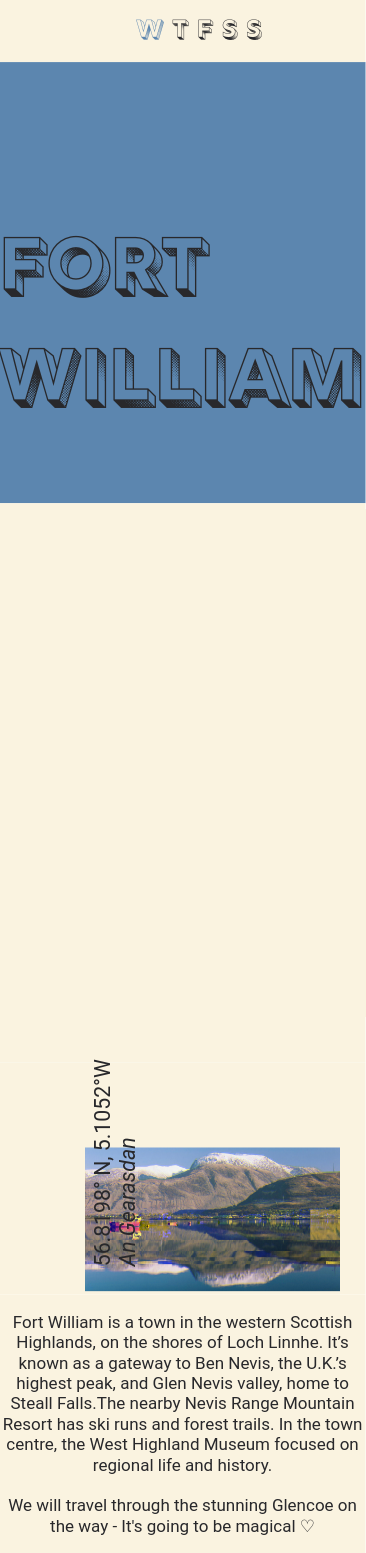
Repository: etak-yram/FINAL-CFG-WEB-DEV
Page: wednesday.html
The author's editor kept a copy of each file at every save. The page is drawn from the files as they stood at one save, then again after the next save.
The browser window is 375 px wide. The page is 430 px wide, so the pictures cover 430 px, including what lies to the right of the window. The pictures show the whole page, at 85% of full size.

Above is the page before, as saved 2022-07-27 12:36:13.

### wednesday.html
<!DOCTYPE html>
<html lang="en">

<style>
    #menu-item-wed {
    color: #5c86af;
}

    #aside-color-w {
    background-color: #5c86af;
}

    #aside-text-wed {
        font-size: 6em;
    }

    #aside-text-wed {
        font-size: 6em;
    }
</style>

<head>
    <meta charset="UTF-8">
    <meta http-equiv="X-UA-Compatible" content="IE=edge">
    <meta name="viewport" content="width=device-width, initial-scale=1.0">
    <link rel="stylesheet" type="text/css" href="style-main.css"/>

    <title>WED</title>
</head>
<body>
        <aside id="aside-color-w">
            <div class="aside-text-h" id="aside-text-wed">
                <h1>Fort<br>William</h1>
            </div>
        </aside>

        <subtext>
            <p class="sub-text">56.8198° N, 5.1052°W<br><em>An Gearasdan</em></p>
        </subtext>

        <header>
            <ul class="navbar">
                <li><a href="/wednesday.html" id="menu-item-wed" class="menu-item">Wed</a></li>
                <li><a href="/thursday.html" id="menu-item-thu" class="menu-item">Thu</a></li>
                <li><a href="/friday.html" id="menu-item-fri" class="menu-item">Fri</a></li>
                <li><a href="/saturday.html" id="menu-item-sat" class="menu-item">Sat</a></li>
                <li><a href="/sunday.html" id="menu-item-sun" class="menu-item">Sun</a></li>
            </ul>
        </header>



        <mobile-header>
            <ul class="mobile-navbar">
                <li><a href="/wednesday.html" id="menu-item-wed" class="menu-item">W</a></li>
                <li><a href="/thursday.html" id="menu-item-thu" class="menu-item">T</a></li>
                <li><a href="/friday.html" id="menu-item-fri" class="menu-item">F</a></li>
                <li><a href="/saturday.html" id="menu-item-sat" class="menu-item">S</a></li>
                <li><a href="/sunday.html" id="menu-item-sun" class="menu-item">S</a></li>
            </ul>
        </mobile-header>



        <main-img>
            <div>
                <img class="home-image" src="/images/Fort William.png">
            </div>
        </main-img>

        <main><p>Fort William is a town in the western Scottish Highlands, on the shores of Loch Linnhe. It’s known as a gateway to Ben Nevis, the U.K.’s highest peak, and Glen Nevis valley, home to Steall Falls.The nearby Nevis Range Mountain Resort has ski runs and forest trails. In the town centre, the West Highland Museum focused on regional life and history.<br><br>
        We will travel through the stunning Glencoe on the way - It's going to be magical ♡</p></main>

        <footer></footer>

        <rightside></rightside>

</html>

### style-main.css
@font-face {
  font-family: halftone;
  src: url("/fonts/MyFontsWebfontsKit/webFonts/RigBoldHalftone/font.woff");
}
@import url('https://fonts.googleapis.com/css2?family=Roboto:wght@100&display=swap');
/* font-family: 'Roboto', sans-serif; */

body, html {
  height: 100vh;
}


body {
  margin: 0;
  display: grid;
  grid-template-columns: 21% 15% 20% 30% 21% ;
  grid-template-rows: 10% auto auto 10%;
  grid-template-areas:
    "sidebar subtext header header aside"
    "sidebar subtext main-img main-img aside"
    "sidebar subtext main main aside"
    "sidebar footer footer footer aside";
}


/* right sidebar */

rightside {
  grid-area: aside;
  background-color:#faf3e0;
}

/* sidebar */
aside {
  grid-area: sidebar;
}

.aside-text-h {
  transform: rotate(-90deg);
  transform-origin:bottom right;
  padding-top: 100px;
}

.aside-text-h h1 {
  font-family: halftone;
  color: #28282B;
  line-height: 130px;
}

/* subtext */

subtext {
  grid-area: subtext;
  background-color:#faf3e0;
}

.sub-text {
  font-family: 'Roboto', sans-serif;
  color:#28282B;
  font-size: 25px;
  transform: rotate(-90deg);
  transform-origin:bottom;
  padding-top: 550px;
  margin-left: -100px;
}


/* navbar */



header {
  grid-area: header;
  background-color:#faf3e0;
}


.navbar {
  display: flex;
  list-style: none;
  justify-content: center;
  justify-items: center;

}

.navbar a {
  font-family: halftone;
  text-decoration: none;
  color: #28282B;
  font-size: 4rem;
  padding: 20px;
}

#menu-item-wed:hover {
	color: #5c86af;
}
#menu-item-thu:hover {
	color: #ff914d;
}
#menu-item-fri:hover {
	color: #ffde59;
}
#menu-item-sat:hover {
	color: #03989e;
}
#menu-item-sun:hover {
	color: #b071c2;
}

/* main image  */

main-img {
  grid-area: main-img;
  background-color:#faf3e0;
  display: flex;
  align-items: center;
  padding-left: 100px;
  padding-top: 100px;
}

.home-image {
  width: 800px;
}


/* paragraph of info */
main {
  grid-area: main;
  background-color: #faf3e0;
  text-align: center;
}

main p {
  font-family: 'Roboto', sans-serif;
  color:#28282B;
  font-size: 20px;
}


/* footer */
footer {
  grid-area: footer;
  background-color:#faf3e0;
}





























/* Media Queries */

/* Extra small devices (phones, 600px and down) */
@media only screen and (max-width: 600px) {

  body {
    margin: 0;
    display: grid;
    grid-template-columns: 1fr;
    grid-template-rows: auto;
    grid-template-areas:
      "header"
      "sidebar"
      "subtext"
      "main-img"
      "main"
      "footer";
  }

  header {
    display: none;
  }

  mobile-header {
    grid-area: header;
    background-color:#faf3e0;
  }


  .mobile-navbar {
    display: flex;
    list-style: none;
    justify-content: center;
    justify-items: center;

  }

  .mobile-navbar a {
    font-family: halftone;
    text-decoration: none;
    color: #28282B;
    font-size: 2rem;
    padding: 5px;

  }


/* sidebar */
aside {
  grid-area: sidebar;
}


.aside-text-h h1 {
  font-family: halftone;
  color: #28282B;
  font-size: 1em;
}


.aside-text-h {
  transform: none;
  transform-origin:none;
}


/* subtext */

subtext {
  grid-area: subtext;
  background-color:#faf3e0;
}

.sub-text {
  font-family: 'Roboto', sans-serif;
  color:#28282B;
  font-size: 25px;
  transform: rotate(-90deg);
  transform-origin:bottom;
  padding-top: 550px;
  margin-left: -100px;
}





/* main image  */

main-img {
  grid-area: main-img;
  background-color:#faf3e0;
  display: flex;
  align-items: center;
}

.home-image {
  width: 80vw;
}


/* paragraph of info */
main {
  grid-area: main;
  background-color: #faf3e0;
  text-align: center;
}

main p {
  font-family: 'Roboto', sans-serif;
  color:#28282B;
  font-size: 20px;
}


/* footer */
footer {
  grid-area: footer;
  background-color:#faf3e0;
}


  }

/* Small devices (portrait tablets and large phones, 600px and up) */
@media only screen and (min-width: 600px) {}
/* Medium devices (landscape tablets, 768px and up) */
@media only screen and (min-width: 768px) {}

/* Large devices (laptops/desktops, 992px and up) */
@media only screen and (min-width: 992px) {
  mobile-header {
    display: none;
  }
}

/* Extra large devices (large laptops and desktops, 1200px and up) */
@media only screen and (min-width: 1200px) {
  mobile-header {
    display: none;
  }
}

After the next save:
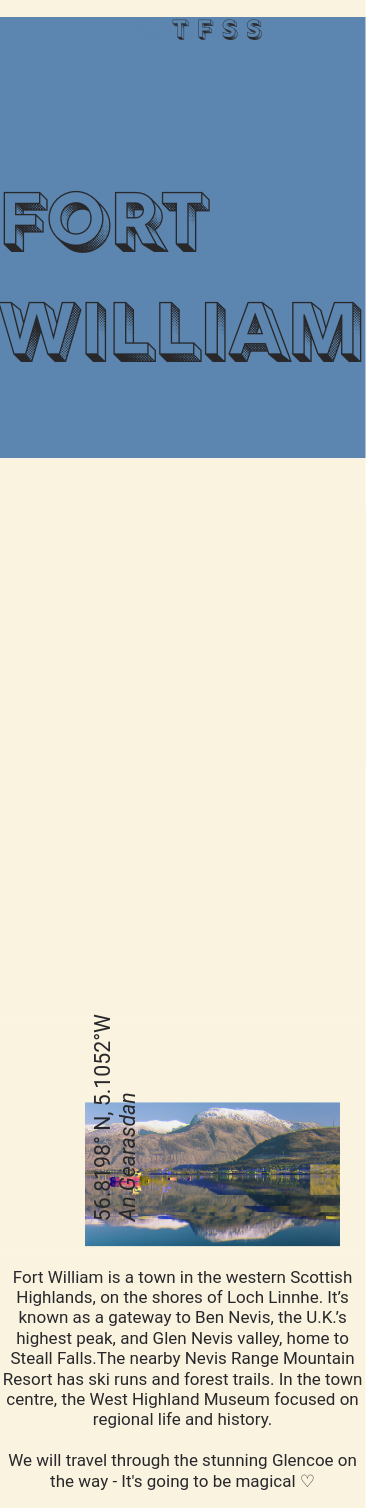
Saved 16 s later.
--- a/style-main.css
+++ b/style-main.css
@@ -180,7 +180,7 @@ footer {
     margin: 0;
     display: grid;
     grid-template-columns: 1fr;
-    grid-template-rows: auto;
+    grid-template-rows: 20px;
     grid-template-areas:
       "header"
       "sidebar"
